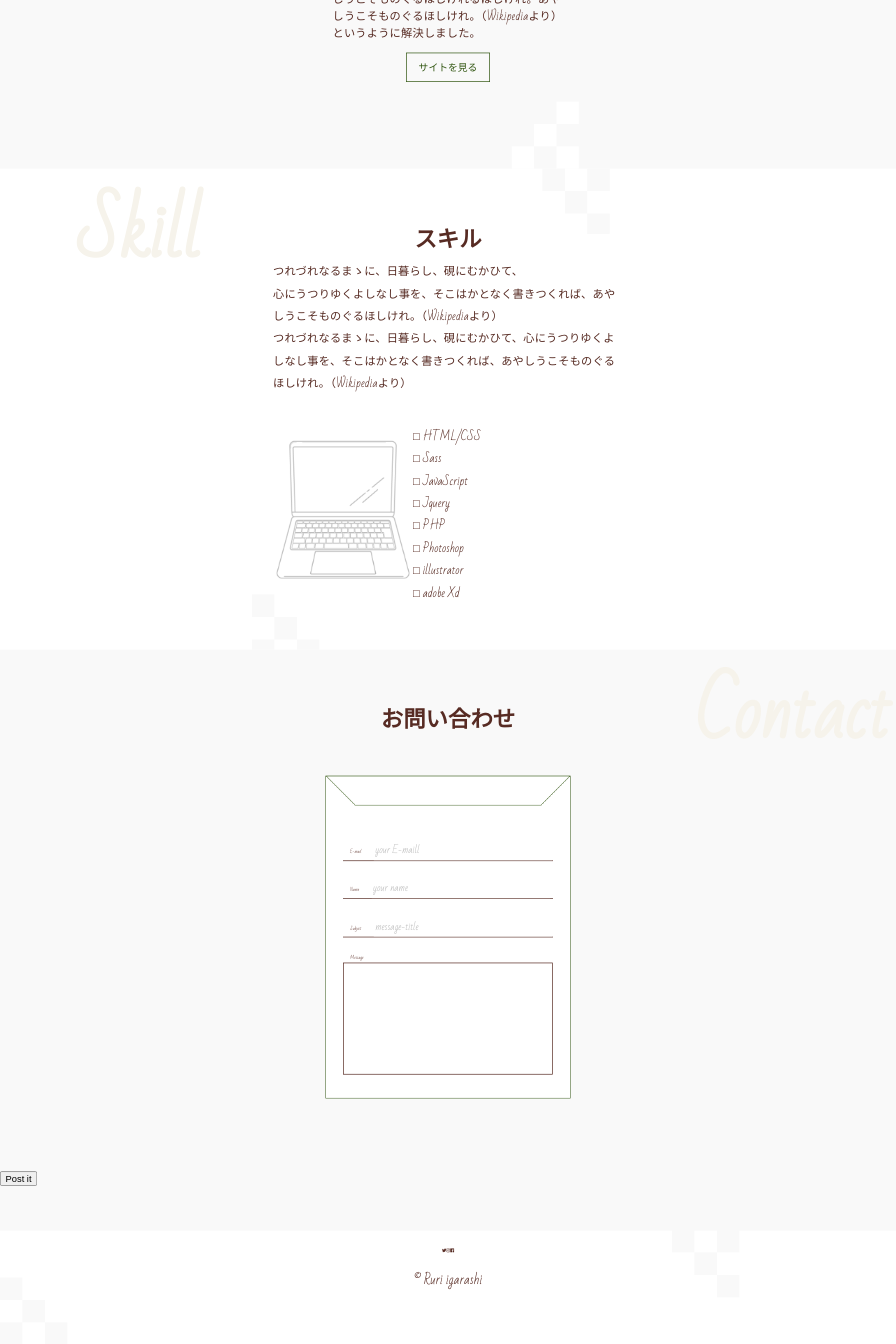
Repository: ppmp556/igarashi.kakuu
Page: index.html
The author's editor kept a copy of each file at every save. The page is drawn from the files as they stood at one save, then again after the next save.
The browser window is 1280 px wide. The pictures show the part of the page from y = 3473 to 5393 px (the page is 5393 px tall), at 70% of full size.
Some web libraries are served in a nearby version. The style sheet was rebuilt from its Sass, Less or Tailwind sources for each picture, by a compiler version that may differ from the author's.

Above is the page before, as saved 2020-11-04 07:49:49.

### index.html
<!DOCTYPE html>
<html lang="ja">
    <head>
        <meta charset="UTF-8">
        <meta name="viewport" content="width=device-width, initial-scale=1.0, maximum-scale=1.0, minimum-scale=1.0">
        <link rel="stylesheet" href="faundation.css" type="text/css">
        <link rel="stylesheet" href="css/style.css" type="text/css">
        <link href="https://use.fontawesome.com/releases/v5.6.1/css/all.css" rel="stylesheet">
        <link href="https://fonts.googleapis.com/css?family=Bad+Script" rel="stylesheet">
        <link href="https://fonts.googleapis.com/css?family=Sawarabi+Gothic" rel="stylesheet">
        <link rel="img" href="image">
        <title>架空LP</title>

    </head>
    <body>

    <div class="container">
        <header class="header">
            <h1 class="header_ttl">
                <a href="index.html" class="header_link">My Portfolio</a><!-- /.header_link -->
            </h1><!-- /.header_ttl -->
            <nav class="nav">
                <div class="nav_wrapper" id="nav_lists">
                    <!-- ハンバーガーメニュー部分 -->
                    <div class="toggle_btn" id="nav_toggler">
                        <span class="toggle_line __tg1"></span>
                        <span class="toggle_line __tg2"></span>
                        <span class="toggle_line __tg3"></span>
                    </div>
                    <!-- ハンバーガーメニューここまで -->
                </div>
                <ul class="nav_list flex">
                    <li class="nav_item">
                        <a href="#" class="nav_link">Profile<span class="nav_sp">プロフィール</a><!-- /.nav_link -->
                    </li><!-- /.nav_item -->
                    <li class="nav_item">
                        <a href="#" class="nav_link">Works<span class="nav_sp">実績一覧</a><!-- /.nav_link -->
                    </li><!-- /.nav_item -->
                    <li class="nav_item">
                        <a href="#" class="nav_link">Skill<span class="nav_sp">スキル</a><!-- /.nav_link -->
                    </li><!-- /.nav_item -->
                    <li class="nav_item">
                        <a href="#" class="nav_link">Contact<span class="nav_sp">お問い合わせ</a><!-- /.nav_link -->
                    </li><!-- /.nav_item -->
                </ul><!-- /.nav_list -->
            </nav><!-- /.nav -->
        </header><!-- /.header -->

        <div class="kv">
            <div class="kv_txtbox">
                <p class="kv_txt">I love this job from the bottom of my heart.</p><!-- /.kv_txt -->
                <p class="kv_txt __subtxt">私はこの仕事が大好きだ</p><!-- /.kv_txt -->
            </div><!-- /.kv_txtbox -->
            <div class="contact_box">
                <a href="#" class="contact_link">Contact</a><!-- /.contact_link -->
            </div><!-- /.contact_box -->
        </div><!-- /.kv -->
        <main>
            <div class="inner">

                <section class="prof" id="prof">
                    <div class="section_ttlbox">
                        <h2 class="prof_ttl">プロフィール</h2><!-- /.prof_ttl -->
                        <!-- <span class="prof_sub">Profile</span> -->
                    </div><!-- /.section_ttlbox -->
                    <div class="prof_inner">
                            <div class="prof_imgbox">
                                <img src="images/profile/profile.png" alt="#" class="prof_img">
                            </div><!-- /.prof_imgbox -->
                            <p class="prof_txt">
                                つれづれなるまゝに、日暮らし、硯にむかひて<br>
                                心にうつりゆくよしなし事を、<br>
                                そこはかとなく書きつくれば、あやしうこそ
                                ものぐるほしけれ。（Wikipediaより）<br>
                                つれづれなるまゝに、日暮らし、硯にむかひ
                                て、心にうつりゆくよしなし事を、そこはか
                                となく書きつくれば、あやしうこそものぐる
                                ほしけれ。（Wikipediaより）<br>
                                つれづれなるまゝに、日暮らし、硯にむかひ
                                て、心にうつりゆくよしなし事を、そこはか
                                となく書
                            </p><!-- /.prof_txt -->
                        </div><!-- /.prof_inner -->
                            <div class="section_btnbox">
                                <div class="flex">
                                    <div class="site_btn">
                                        <a href="#" class="site_link">Instagram</a>
                                    </div><!-- /.site_btn -->
                                    <div class="site_btn">
                                        <a href="#" class="site_link">Twitter</a>
                                    </div><!-- /.site_btn -->
                                </div><!-- /.flex -->
                            </div><!-- /.section_btnbox -->
                </section><!-- /#prof.prof -->

                <section class="work" id="work">
                    <div class="work_inner">

                        <div class="section_ttlbox">
                            <h2 class="work_ttl">実績一覧</h2><!-- /.work_ttl -->
                            <!-- <span class="work_sub">Works</span> -->
                        </div><!-- /.section_ttlbox -->
                        <div class="work_imgbox">
                            <ul class="work_list">
                                <li class="work_item">
                                    <div class="work_imgbox">
                                        <img src="images/work1/work1.png" alt="" class="work_img">
                                    </div><!-- /.work_imgbox -->
                                    <div class="work_txtbox">
                                        <h3 class="work_minttl ">制作物のタイトル</h3><!-- /.work_minttl -->
                                        <p class="work_txt">
                                            難しかった点は、つれづれなるまゝに、日暮らし、硯にむかひて、心にうつりゆくよしなし事を、そこはかとなく書きつくれば、あやしうこそものぐるほしけれるほしけれ。あやしうこそものぐるほしけれ。（Wikipediaより）というように解決しました。
                                        </p><!-- /.work_txt -->
                                    </div><!-- /.work_txtbox -->
                                    <div class="site_btn">
                                        <a href="#" class="site_link">サイトを見る</a>
                                    </div><!-- /.site_btn -->
                                </li><!-- /.work_item -->
                                <li class="work_item">
                                    <div class="work_imgbox">
                                        <img src="images/work2/work2.png" alt="" class="work_img">
                                    </div><!-- /.work_imgbox -->
                                    <h3 class="work_minttl">制作物のタイトル制作物のタイトルタイトル</h3><!-- /.work_minttl -->
                                    <p class="work_txt">
                                        難しかった点は、つれづれなるまゝに、日暮らし、硯にむかひて、心にうつりゆくよしなし事を、そこはかとなく書きつくれば、あやしうこそものぐるほしけれるほしけれ。あやしうこそものぐるほしけれ。（Wikipediaより）というように解決しました。
                                    </p><!-- /.work_txt -->
                                    <div class="site_btn">
                                        <a href="#" class="site_link">サイトを見る</a>
                                    </div><!-- /.site_btn -->
                                </li><!-- /.work_item -->
                                <li class="work_item">
                                    <div class="work_imgbox">
                                        <img src="images/work3/work3.png" alt="" class="work_img">
                                    </div><!-- /.work_imgbox -->
                                    <h3 class="work_minttl">制作物のタイトル</h3><!-- /.work_minttl -->
                                    <p class="work_txt">
                                        難しかった点は、つれづれなるまゝに、日暮らし、硯にむかひて、心にうつりゆくよしなし事を、そこはかとなく書きつくれば、あやしうこそものぐるほしけれるほしけれ。あやしうこそものぐるほしけれ。（Wikipediaより）というように解決しました。
                                    </p><!-- /.work_txt -->
                                    <div class="site_btn">
                                        <a href="#" class="site_link">サイトを見る</a>
                                    </div><!-- /.site_btn -->
                                </li><!-- /.work_item -->
                            </ul><!-- /.work_list -->
                        </div><!-- /.work_imgbox -->
                    </div><!-- /.work_inner -->
                </section><!-- /#work.work -->

                <section class="skill" id="skill">
                    <div class="section_ttlbox">
                        <h2 class="skill_ttl">スキル</h2><!-- /.skill_ttl -->
                        <!-- <span class="skill_sub">Skill</span> -->
                    </div><!-- /.section_ttlbox -->
                    <div class="skill_inner">
                        <div class="skill_txtbox">
                            <p class="skill_txt">
                                つれづれなるまゝに、日暮らし、硯にむかひて、<br>
                                心にうつりゆくよしなし事を、そこはかとなく書きつくれば、あや<br>
                                しうこそものぐるほしけれ。（Wikipediaより）<br>
                                つれづれなるまゝに、日暮らし、硯にむかひて、心にうつりゆくよ<br>
                                しなし事を、そこはかとなく書きつくれば、あやしうこそものぐる<br>
                                ほしけれ。（Wikipediaより）
                            </p><!-- /.skill_txt -->
                        </div><!-- /.skill_txtbox -->
                        <div class="skill_listbox flex">
                            <div class="skill_imgbox">
                                <img src="images/1544078499/1544078499.png" alt="" class="skill_img">
                            </div><!-- /.skill_imgbox -->
                            <ul class="skill_list">
                                <li class="skill_item">□ HTML/CSS</li><!-- /.skill_item -->
                                <li class="skill_item">□ Sass</li><!-- /.skill_item -->
                                <li class="skill_item">□ JavaScript</li><!-- /.skill_item -->
                                <li class="skill_item">□ Jquery</li><!-- /.skill_item -->
                                <li class="skill_item">□ PHP</li><!-- /.skill_item -->
                                <li class="skill_item">□ Photoshop</li><!-- /.skill_item -->
                                <li class="skill_item">□ illustrator</li><!-- /.skill_item -->
                                <li class="skill_item">□ adobe Xd</li><!-- /.skill_item -->
                            </ul><!-- /.skill_list -->
                        </div><!-- /.skill_listbox -->
                    </div><!-- /.skill_inner -->
                </section><!-- /#skill.skii -->

                <section class="contact" id="contact">
                    <div class="section_ttlbox">
                        <h2 class="contact_ttl">お問い合わせ</h2><!-- /.contact_ttl -->
                        <!-- <span class="contact_sub">Contact</span> -->
                    </div><!-- /.section_ttlbox -->
                    <form action="#" class="contact_form">
                        <div class="contact_inner">
                            <div class="form ord1">
                                <div class="form2">

                                    <label for="email" class="form_ttl">E-mail</label>
                                    <input type="email" class="form_box" name="your-E-mail" placeholder="your E-maill">
                                </div>
                            </div>
                            <div class="form ord2">
                                <div class="form2">
                                        <label for="name" class="form_ttl">Name</label>
                                        <input type="text" class="form_box" name="your name" placeholder="your name">

                                </div>
                            </div>
                            <div class="form ord3">
                                <div class="form2">
                                    <label for="subject" class="form_ttl">Subject</label>
                                    <input type="subject" class="form_box" name="message-title" placeholder="message-title">
                                </div>
                            </div>
                            <div class="form ord4">
                                <div class="form2">
                                    <label for="message" class="form_ttl">Message</label>
                                    <textare name="contents" class="form_area" name="contents" placeholder="contents" rows="4" cols="40"></textare>
                                </div>
                            </div>
                        </div><!-- /.contact_inner -->
                    </form>
                    <div class="contact_btnbox">
                        <input type="submit" value="Post it" class="contact_btn">
                    </div>
                </section><!-- /#contact.contact -->
            </div><!-- /.inner -->

        </main>


        <footer class="footer">
            <div class="footer_inner">
                <div class="footer_sharbox">
                    <ul class="footer_sharelist">
                        <li class="footer_item"><i class="fab fa-twitter footer-icon"></i></li><!-- /.footer_item -->
                        <li class="footer_item"><i class="fab fa-instagram footer-icon"></i></li><!-- /.footer_item -->
                        <li class="footer_item"><i class="fab fa-facebook footer-icon"></i></li><!-- /.footer_item -->
                    </ul><!-- /.footer_sharalist -->
                </div><!-- /.footer_sharbox -->
            </div><!-- /.footer_inner -->
            <small class="footer_txt">&copy; Ruri igarashi</small>
        </footer><!-- /.footer -->
    </div><!-- /.container -->

        <script src="https://code.jquery.com/jquery-3.4.1.js"></script>
        <script src="menu.js"></script>

    </body>
</html>

### faundation.css

html,
body,
div,
span,
object,
iframe,
h1,
h2,
h3,
h4,
h5,
h6,
p,
blockquote,
pre,
abbr,
address,
cite,
code,
del,
dfn,
em,
img,
ins,
kbd,
q,
samp,
small,
strong,
sub,
sup,
var,
b,
i,
dl,
dt,
dd,
ol,
ul,
li,
fieldset,
form,
label,
legend,
table,
caption,
tbody,
tfoot,
thead,
tr,
th,
td,
article,
aside,
canvas,
details,
figcaption,
figure,
footer,
header,
hgroup,
menu,
nav,
section,
summary,
time,
mark,
audio,
video {
  margin: 0;
  padding: 0;
  border: 0;
  outline: 0;
  font-size: 100%;
  vertical-align: baseline;
  background: transparent;
}

body {
  line-height: 1.5;
}

article,
aside,
details,
figcaption,
figure,
footer,
header,
hgroup,
menu,
nav,
section {
  display: block;
}

ul,
ol {
  list-style: none;
}

table {
  border-collapse: collapse;
  border-spacing: 0;
}

a {
  color: inherit;
  text-decoration: none;
}

img {
  width: 100%;
  max-width: 100%;
  height: auto;
  vertical-align: bottom;
}

Loaded but not shown: menu.js (40 lines, source omitted); scss/style.scss (1184 lines, source omitted)

After the next save:
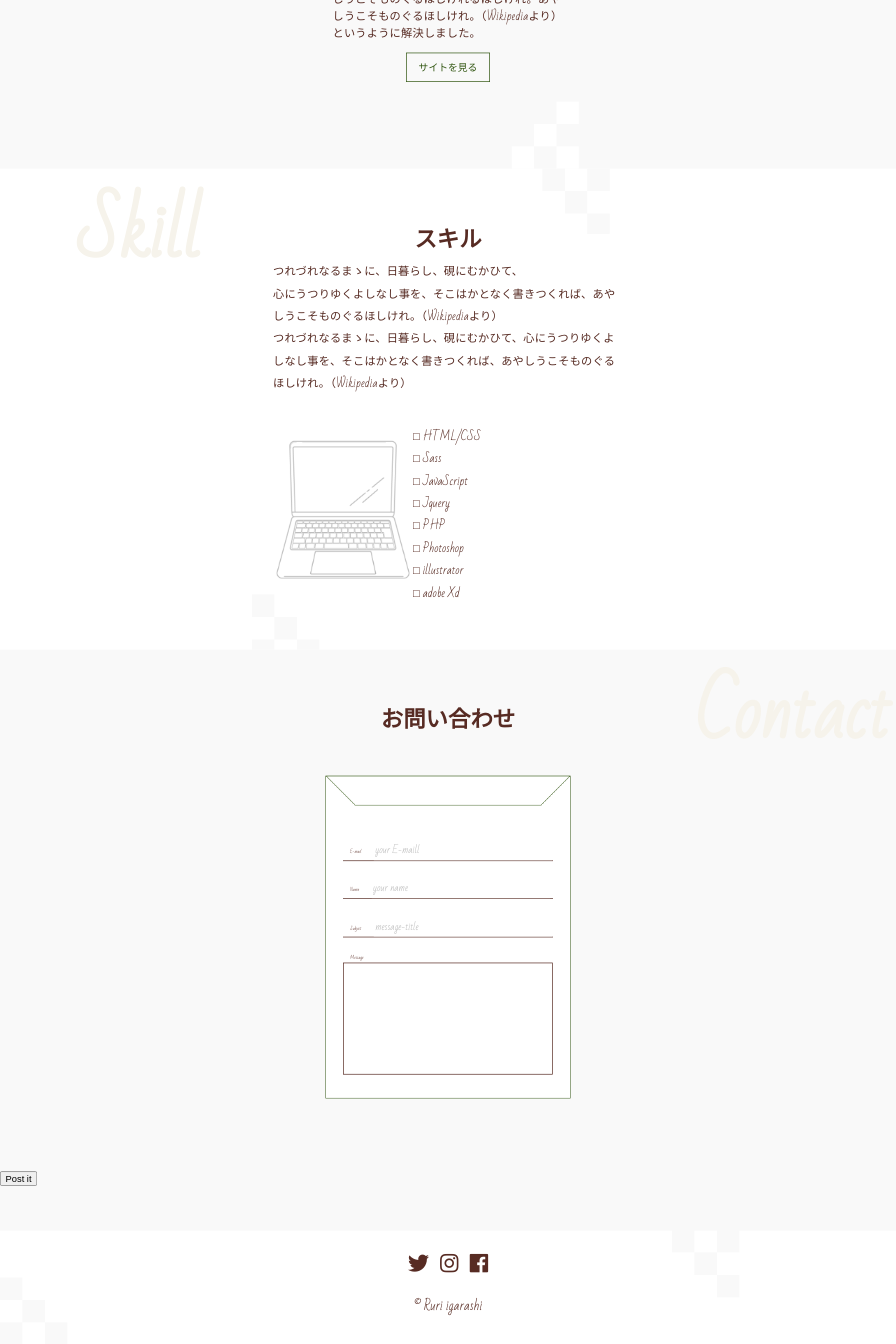
Saved 2 min 13 s later.
--- a/index.html
+++ b/index.html
@@ -227,9 +227,9 @@
             <div class="footer_inner">
                 <div class="footer_sharbox">
                     <ul class="footer_sharelist">
-                        <li class="footer_item"><i class="fab fa-twitter footer-icon"></i></li><!-- /.footer_item -->
-                        <li class="footer_item"><i class="fab fa-instagram footer-icon"></i></li><!-- /.footer_item -->
-                        <li class="footer_item"><i class="fab fa-facebook footer-icon"></i></li><!-- /.footer_item -->
+                        <li class="footer_item"><i class="fab fa-twitter footer_icon"></i></li><!-- /.footer_item -->
+                        <li class="footer_item"><i class="fab fa-instagram footer_icon"></i></li><!-- /.footer_item -->
+                        <li class="footer_item"><i class="fab fa-facebook footer_icon"></i></li><!-- /.footer_item -->
                     </ul><!-- /.footer_sharalist -->
                 </div><!-- /.footer_sharbox -->
             </div><!-- /.footer_inner -->
